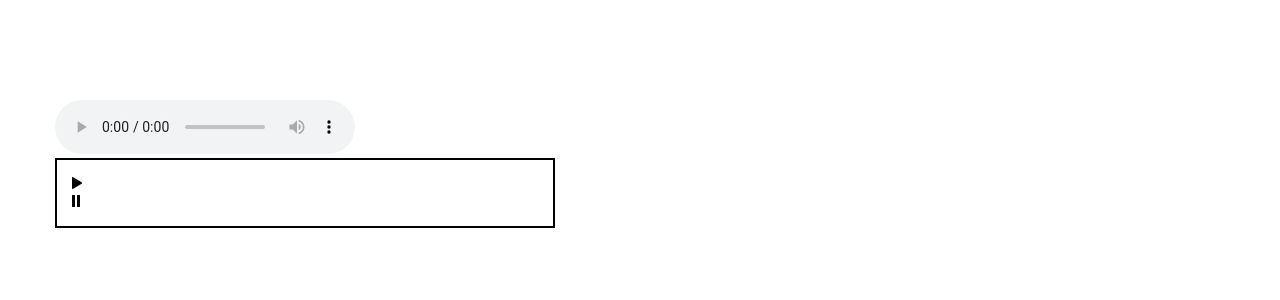
Repository: khanhbinh87/learnJs
Page: customSelect/customAudio/index.html
The author's editor kept a copy of each file at every save. The page is drawn from the files as they stood at one save, then again after the next save.
The browser window is 1280 px wide. The pictures show the whole page.

Above is the page before, as saved 2021-06-18 10:50:44.

### customSelect/customAudio/index.html
<!DOCTYPE html>
<html lang="en">
<head>
    <meta charset="UTF-8">
    <meta name="viewport" content="width=device-width, initial-scale=1.0">
    <title>Document</title>
    <link rel="stylesheet" href="style.css">
    <link rel="stylesheet" href="http://code.ionicframework.com/ionicons/2.0.1/css/ionicons.min.css">
</head>
<body>

           <div class="container">
                <audio controls>
                    <source src="https://vnso-zn-10-tf-mp3-320s1-zmp3.zadn.vn/0f74a736f871112f4860/4084563648249736801?authen=exp=1624160308~acl=/0f74a736f871112f4860/*~hmac=8aded0aa83c266eba4c54500bdad9f96&fs=MTYyMzk4NzUwOTAwNnx3ZWJWNnwxMDI0ODQ3MzE5fDE3MS4yNDgdUngMTU5LjE2Ng" type="audio/ogg">

                    Your browser does not support the audio tag.
                </audio>

                <div class="custom-audio">
                <div class="controls">
                        <div class="play">
                            <i class="ion-play"></i>
                        </div>
                        <div class="pause">
                            <i class="ion-pause"></i>
                        </div>
                </div>
                </div>
           </div>

</body>
    <script src="main.js"></script>
</html>

### customSelect/customAudio/style.css
*{margin: 0;padding: 0;box-sizing: border-box;}

.container{
    width: 1170px;
    margin: 100px auto;
}
.custom-audio{
    width: 500px;
    padding: 15px;
    border: 2px solid #000;
}

Loaded but not shown: customSelect/customAudio/main.js (no stored copy; drawn as an empty file)

After the next save:
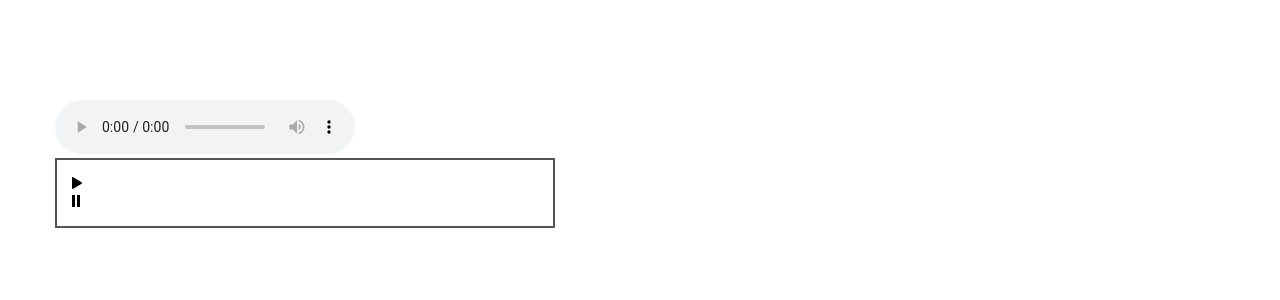
Saved 4 s later.
--- a/customSelect/customAudio/style.css
+++ b/customSelect/customAudio/style.css
@@ -7,5 +7,5 @@
 .custom-audio{
     width: 500px;
     padding: 15px;
-    border: 2px solid #000;
+    border: 2px solid #555;
 }
